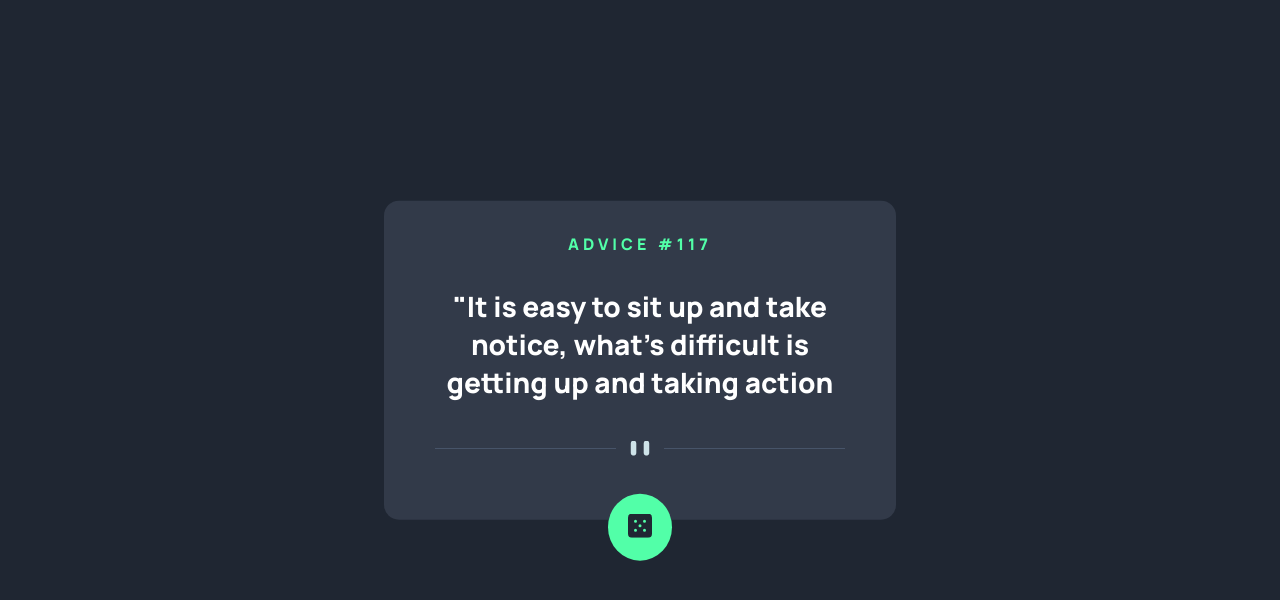
Repository: WindOfCodes/advice-generator-app
Page: index.html
These files come from the project's save history. The page is drawn as it stood at one moment and after the next save; the edit follows.
The browser window is 1280 px wide. The pictures show the whole page.

Above is the page before, as saved 2022-11-28 22:32:50.

After the next save:
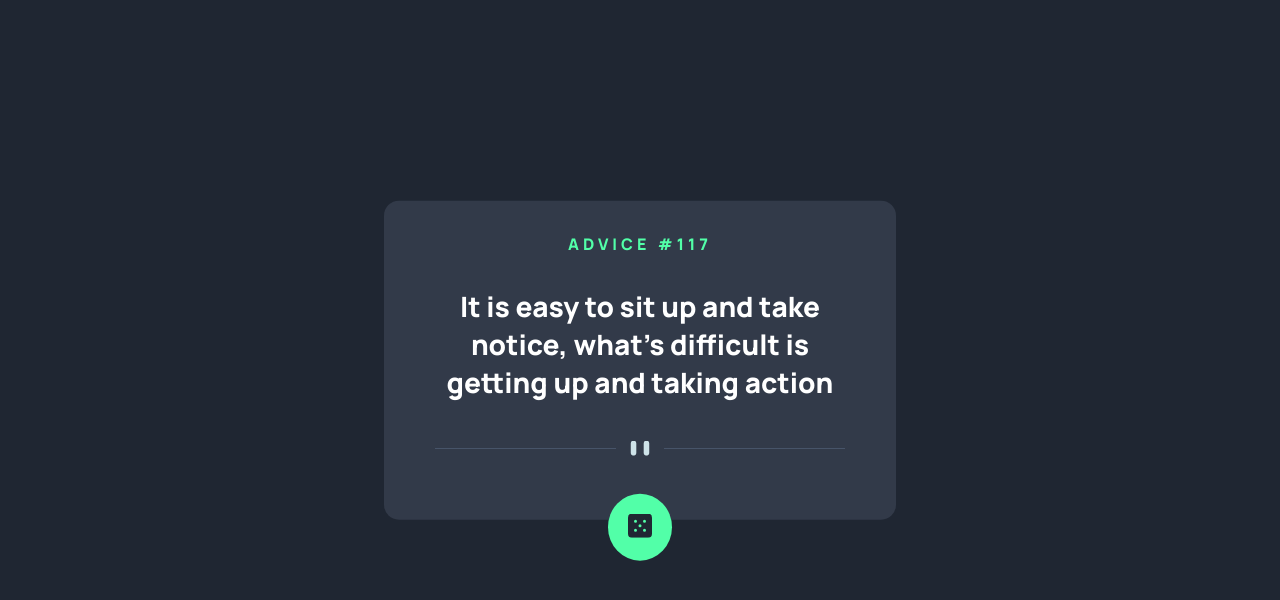
Saved 4 s later.
--- a/index.html
+++ b/index.html
@@ -13,7 +13,7 @@
     <div class="card">
       <span class="number">advice #117</span>
       <span class="quote">
-        "It is easy to sit up and take notice, what's difficult is getting up and taking action
+        It is easy to sit up and take notice, what's difficult is getting up and taking action
       </span>
       <img class="line" src="./images/pattern-divider-desktop.svg" />
       <button class="dice">
